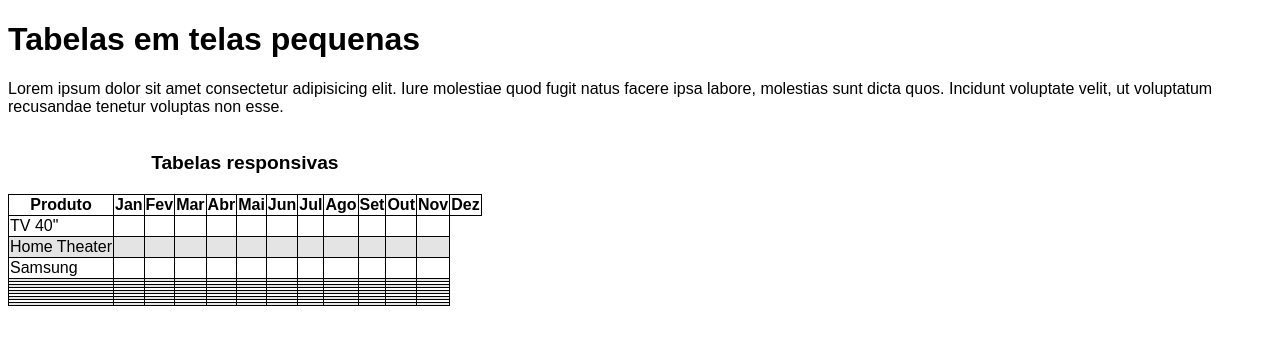
Repository: railsondev/html-css
Page: Módulo3/Exercicios/Ex02 - Tabelas/tabela005.html
These files come from the project's save history. The page is drawn as it stood at one moment and after a run of saves; the edit follows.
The browser window is 1280 px wide. The pictures show the whole page.

Above is the page before, as saved 2024-10-22 15:14:09.

After the next 2 saves:
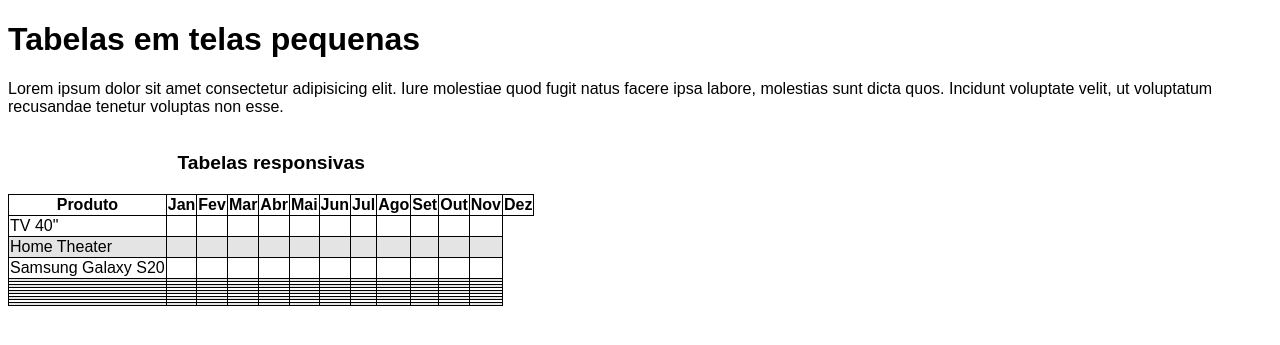
The 2 saves are shown as one change because they came seconds apart.
The last was saved 6 s later.
--- a/Módulo3/Exercicios/Ex02 - Tabelas/tabela005.html
+++ b/Módulo3/Exercicios/Ex02 - Tabelas/tabela005.html
@@ -58,7 +58,7 @@
         <td></td>
       </tr>
       <tr>
-        <td>Samsung </td>
+        <td>Samsung Galaxy S20</td>
         <td></td>
         <td></td>
         <td></td>
